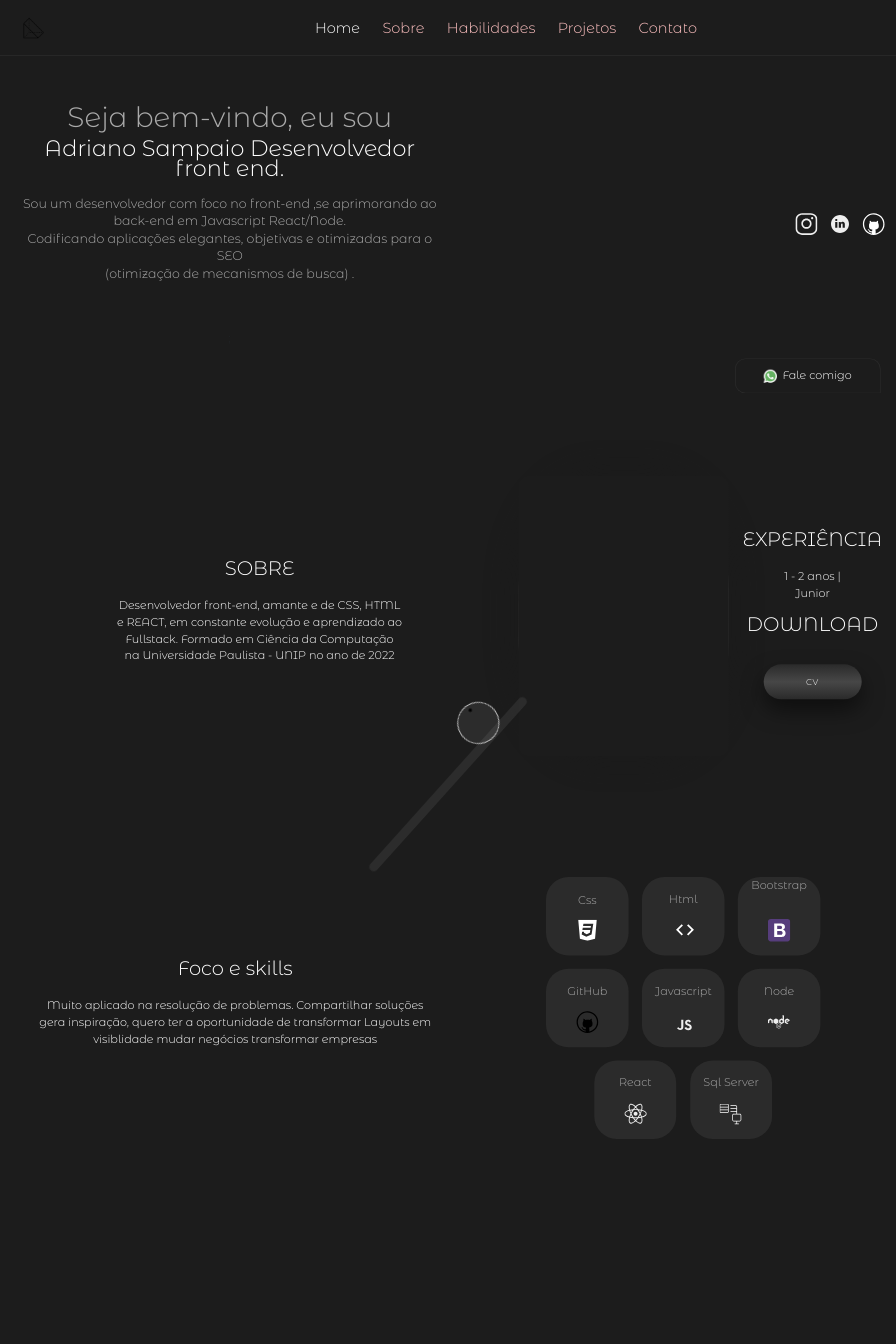
Repository: adrianodisam/NovoPortifolio
Page: /
The author's editor kept a copy of each file at every save. The page is drawn from the files as they stood at one save, then again after the next save.
The browser window is 1280 px wide. The pictures show the part of the page from y = 0 to 1920 px (the page is 3024 px tall), at 70% of full size.
The project was rebuilt for these pictures with package versions that can differ from the ones it lists, and the page was loaded fresh each time. Imported but missing from the stored project, and not drawn on this page: src/componentes/Download/Adriano.pdf.

Above is the page before, as saved 2024-11-02 16:55:10.

After the next save:
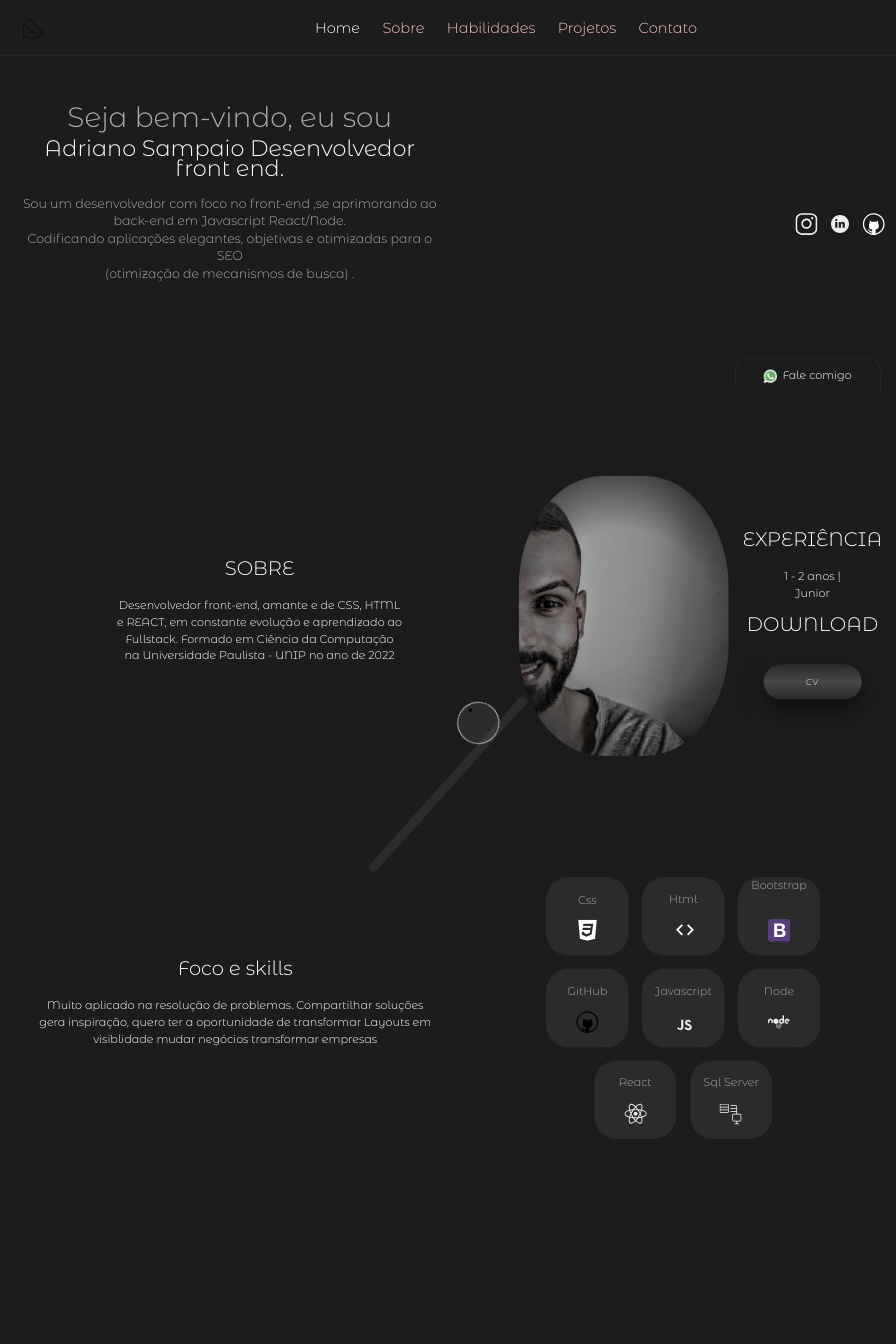
Saved 9 s later.
--- a/src/componentes/FotoSobre/FotoSobre.module.css
+++ b/src/componentes/FotoSobre/FotoSobre.module.css
@@ -24,7 +24,7 @@
   position: absolute;
   width: 300px; /* Um pouco maior que a imagem para o efeito de borda */
   height: 400px;
-  background: radial-gradient(circle,  rgba(28,28,28,1) 50%, #1c1c1c 100%);
+  background: radial-gradient(circle,  rgba(28,28,28,0) 50%, #1c1c1c 100%);
   /* background: rgb(28,28,28); */
 /* background: radial-gradient(circle, rgba(28,28,28,1) 1%, rgba(11,11,11,1) 50%); */
   border-radius: 15px;
